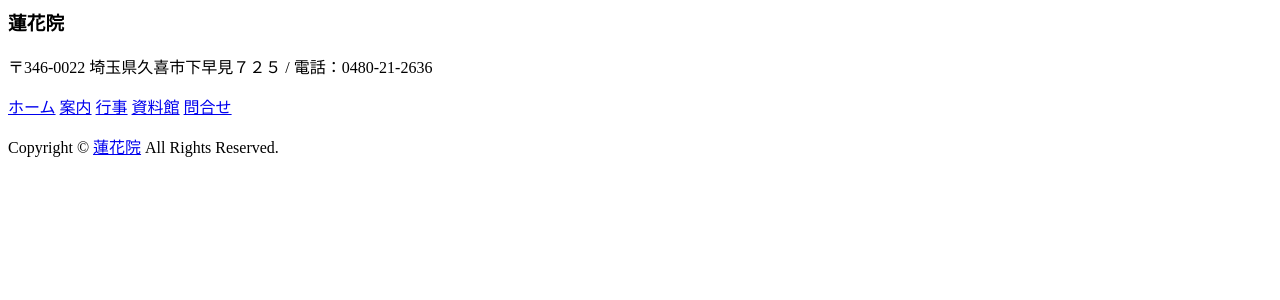
Repository: owl-onoueip/rengein-website
Page: footer.html
An editor plug-in stored every save of this project. The page is shown before and after the next save, followed by the edit.
The browser window is 1280 px wide. The pictures show the whole page.

Above is the page before, as saved 2025-03-10 11:33:40.

After the next save:
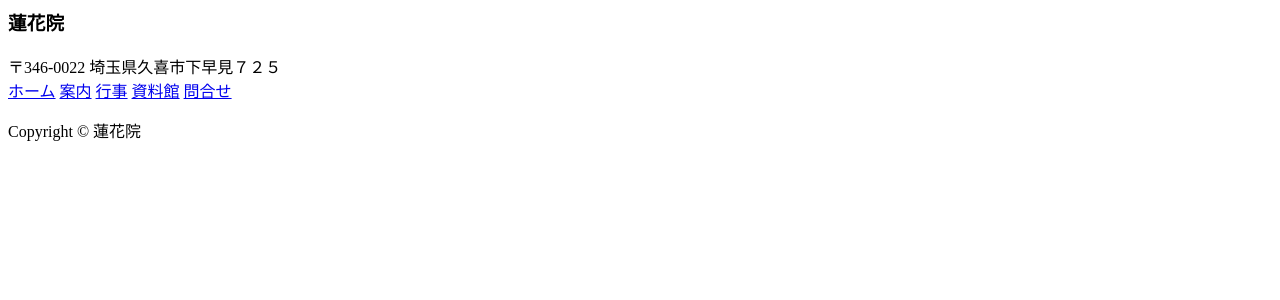
Saved 4 min 5 s later.
--- a/footer.html
+++ b/footer.html
@@ -3,9 +3,7 @@
         <div class="footer-content">
             <div class="footer-info">
                 <h3 class="footer-title">蓮花院</h3>
-                <div class="footer-address">
-                    <p>〒346-0022 埼玉県久喜市下早見７２５ / 電話：0480-21-2636</p>
-                </div>
+                <div class="footer-address">〒346-0022 埼玉県久喜市下早見７２５</div>
             </div>
             <div class="footer-links">
                 <a href="index.html"><i class="fas fa-home"></i>ホーム</a>
@@ -16,7 +14,7 @@
             </div>
         </div>
         <div class="footer-copyright">
-            <p>Copyright &copy; <a href="index.html">蓮花院</a> All Rights Reserved.</p>
+            <p>Copyright &copy; 蓮花院</p>
         </div>
     </div>
 </footer>
